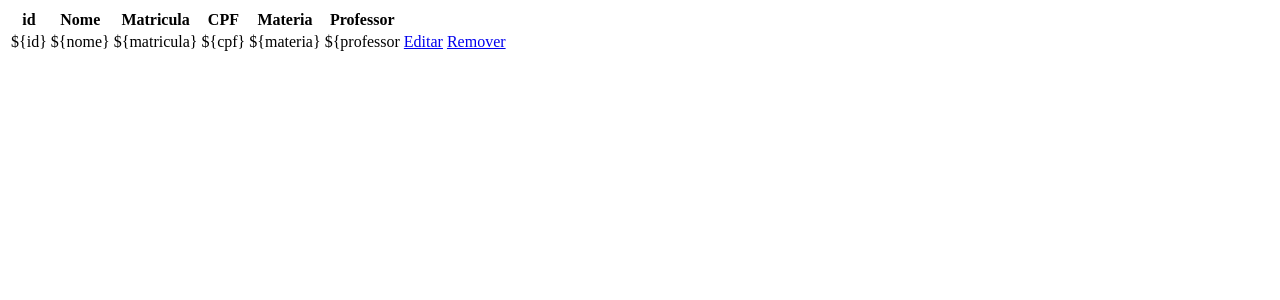
Repository: WilliamEstrela/trabalho1VA-PROG4
Page: CRUDLanManagerV5/WebContent/manterreprovacao/listartodos.html
The author's editor kept a copy of each file at every save. The page is drawn from the files as they stood at one save, then again after the next save.
The browser window is 1280 px wide. The pictures show the whole page.

Above is the page before, as saved 2019-09-05 23:06:58.

After the next save:
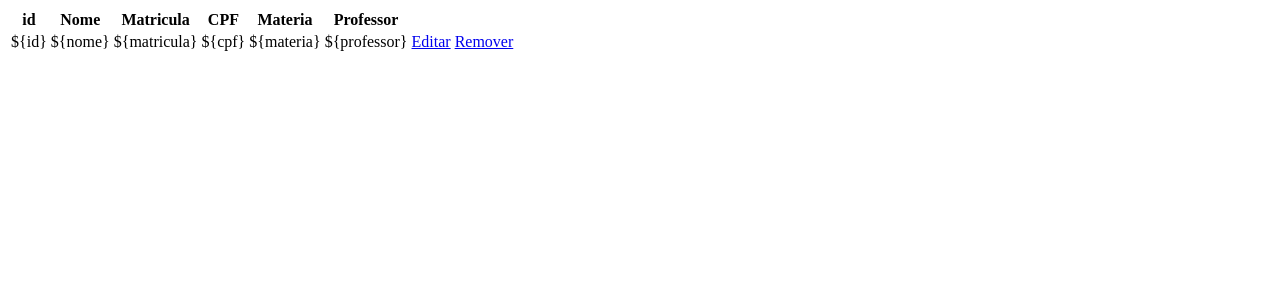
Saved 53 s later.
--- a/CRUDLanManagerV5/WebContent/manterreprovacao/listartodos.html
+++ b/CRUDLanManagerV5/WebContent/manterreprovacao/listartodos.html
@@ -14,7 +14,7 @@
 			<td>${matricula}</td>
 			<td>${cpf}</td>
 			<td>${materia}</td>
-			<td>${professor</td>
+			<td>${professor}</td>
 			<td>
 				<a href="sistema?casoDeUso=manterReprovacao&acao=${acaoEditar}&id=${id}">Editar</a>
 				<a href="sistema?casoDeUso=manterReprovacao&acao=${acaoApagar}&id=${vlan}">Remover</a>
